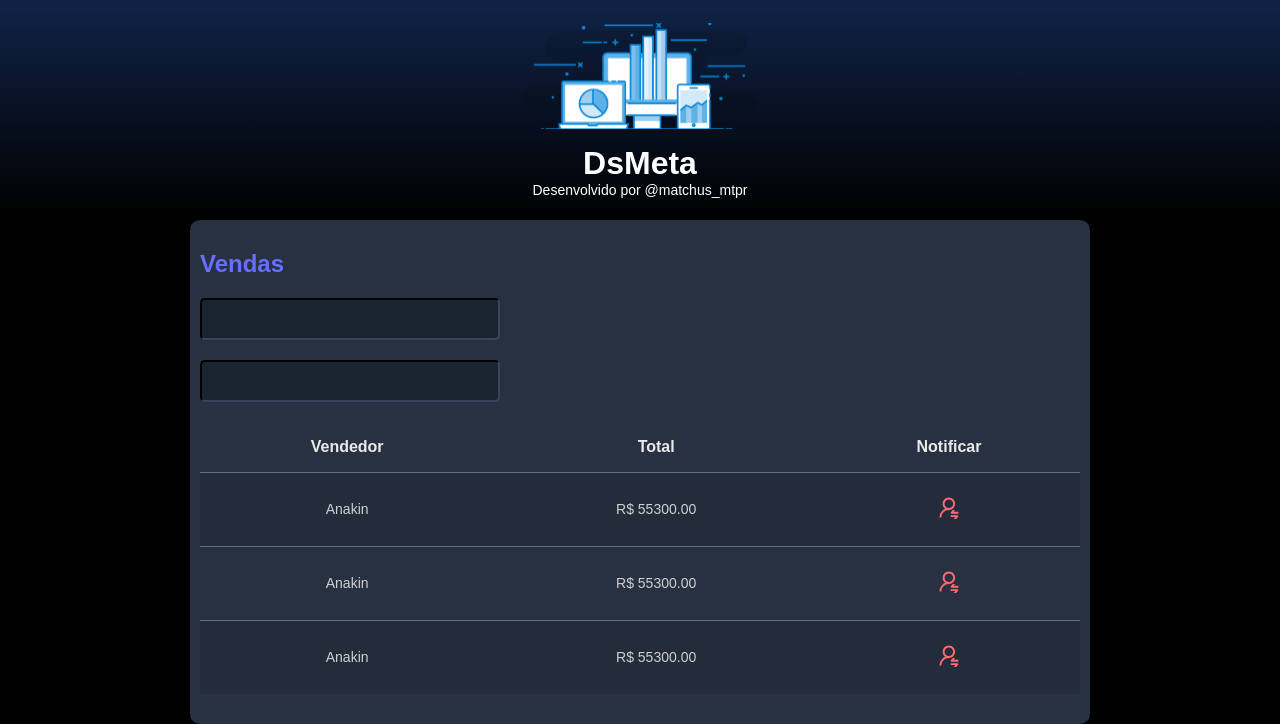
Repository: MatheusAlvesPereiraRosa/ds-meta
Page: index.html
An editor plug-in stored every save of this project. The page is shown before and after the next save, followed by the edit.
The browser window is 1280 px wide. The pictures show the whole page.

Above is the page before, as saved 2022-09-05 17:07:32.

After the next save:
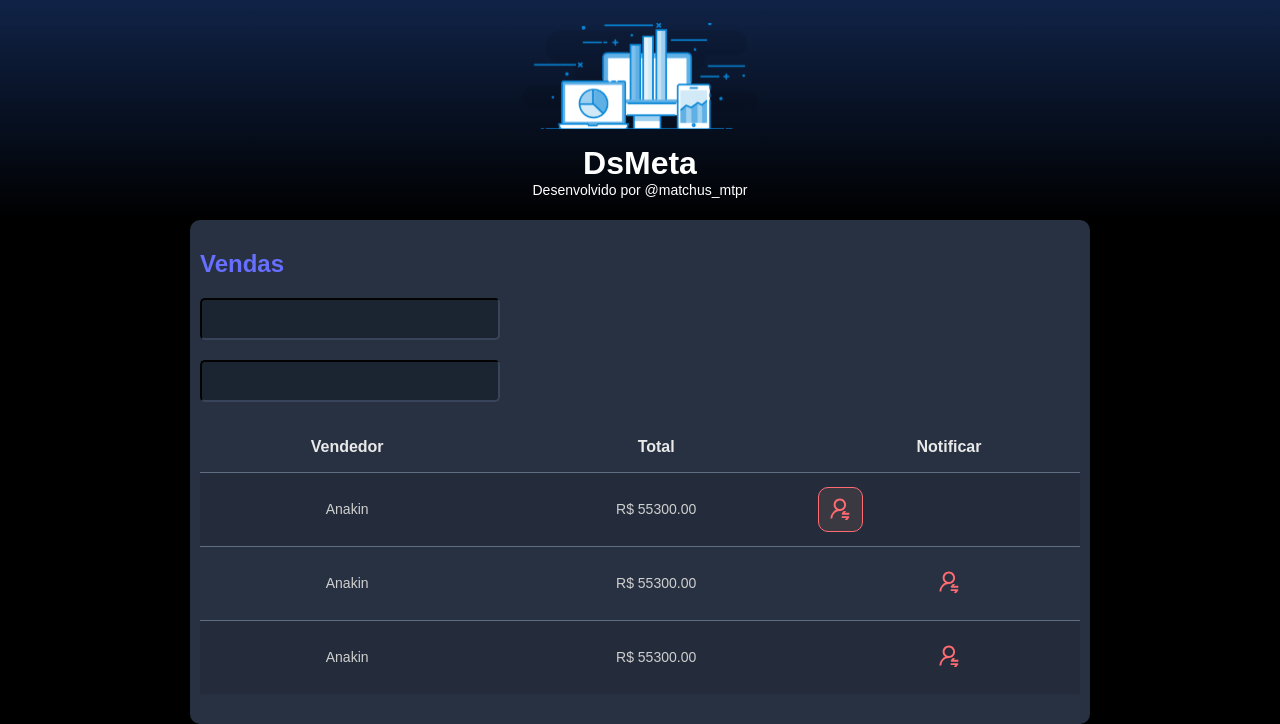
Saved 7 s later.
--- a/index.html
+++ b/index.html
@@ -50,7 +50,7 @@
                     <td>R$ 55300.00</td>
                     <td>
                       <div>
-                        <div class="dsmeta-red-brn">
+                        <div class="dsmeta-red-btn">
                           <img src="icone.svg" alt="Notificar" />
                         </div>
                       </div>
